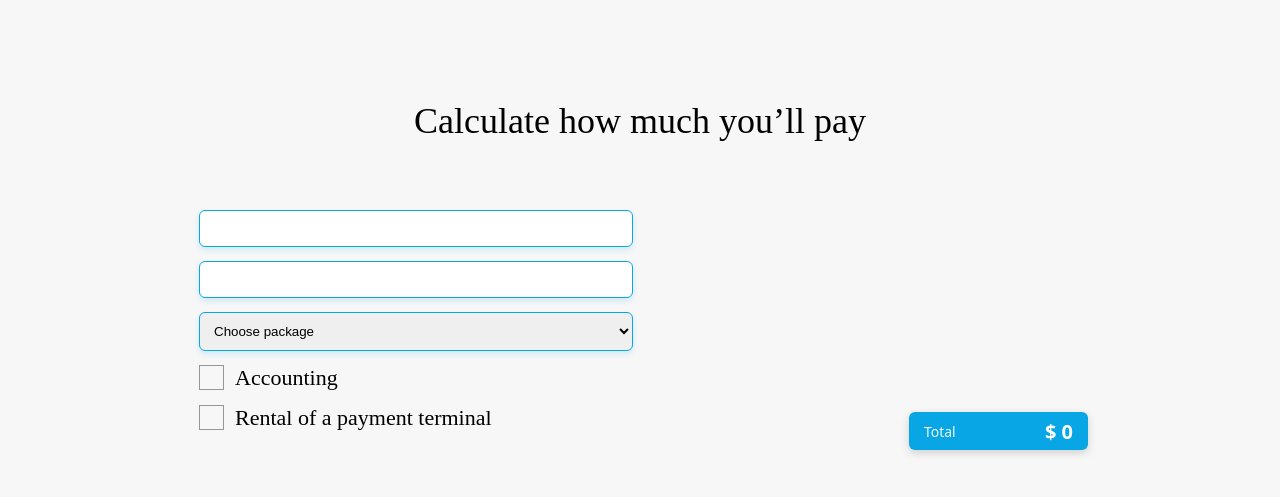
Repository: VolodymyrDubnytskyi/BestShop_project
Page: inedx2.html
An editor plug-in stored every save of this project. The page is shown before and after the next save, followed by the edit.
The browser window is 1280 px wide. The pictures show the whole page.

Above is the page before, as saved 2020-01-20 19:52:43.

### inedx2.html
<!DOCTYPE html>
<html lang="en">

<head>
    <meta charset="UTF-8">
    <meta name="viewport" content="width=device-width, initial-scale=1.0">
    <meta http-equiv="X-UA-Compatible" content="ie=edge">
    <title>Document</title>
    <link rel="stylesheet" href="css/style.css">

</head>

<body>
    <div class="calculate-bg">
        <section class="calculate-main">
            <h2 class="calculate-heading">Calculate how much you’ll pay</h2>
            <form action="" class="calculate-form">

                <div class="calculate-box calculate-box-inputs">
                    <input type="number" name="productsQuantity" id="quantity">
                    <input type="number" name="ordersInmonth" id="inMonth">
                    <div class="custom-select-box">
                        <select name="package" id="package" class="selcet-package" aria-placeholder="Products quantity">
                                <option class="disable-option" disabled selected> Choose package</option>
                                <option value="basic">Basic</option>
                                <option value="professional">Professional</option>
                                <option value="premium">Premium</option>
                        </select>
                    </div>

                    <label class="container-new-chekbox container-new-chekbox-accounting ">
                        <input type="checkbox" id="checkboxAccounting">
                        <span class="checkmark"></span>
                        Accounting
                    </label>
                    <label class="container-new-chekbox container-new-chekbox-rental">
                        <input type="checkbox" name="" id="checkboxRental">
                        <span class="checkmark"></span>
                        Rental of a payment terminal
                    </label>


                </div>
            </form>
            <div class="calculate-box calculate-box-value">
                <div id="valueProducts">
                    <span id="products"></span>
                    <span id="productsCalculate"></span>
                    <span id="productsSum"></span>
                </div>
                <div id="valueOrders">
                    <span class="orders"></span>
                    <span class="ordersCalculate"></span>
                    <span class="ordersSum"></span>
                </div>
                <div id="valuePackage">
                    <span class="selectPackage"></span>
                    <span class="selectPackageCalculate"></span>
                    <span class=' selectPackageSum'></span>
                </div>
                <div id="valueAccounting">
                    <span class="accounting"></span>
                    <span class="accountingSum"></span>
                </div>
                <div id="valueTerminal">
                    <span class="terminal"></span>
                    <span class="terminalSum"></span>
                </div>

                <button id="submit" class="btn-submit"> <span class="spant-total-btn">Total</span><span>$ <span  class="for-new-el">0</span> </span></button>
            </div>

        </section>

    </div>
    <script src="js/main.js"></script>
</body>

</html>

### css/style.css
* {
  box-sizing: border-box;
  text-decoration: none;
  margin: 0;
  padding: 0;
}

/* * HEADER SECTION */
header {
  background: url(../img/Background.png) no-repeat center bottom/contain;
  height: 912px;
  width: 100%;
  position: relative;
}
.navbar-container {
  display: flex;
  justify-content: space-between;
  align-items: center;
  height: 100%;
}
.container {
  max-width: 1354px;
  margin: auto;
}
.navbar {
  background: #fff;
  box-shadow: 0px 3px 6px #00000029;
  height: 70px;
  margin-bottom: 138px;
}
.ul-list-nav {
  display: flex;
}
.ul-list-nav li {
  margin: 0 47px;
}
.ul-list-nav li:last-child {
  margin-right: 0;
}
.ul-list-nav li a {
  font: Bold 11px/15px "Open Sans";
  letter-spacing: 3.28px;
  color: #a5a5a5;
  text-transform: uppercase;
  padding: 28px 0 25px 0;
}
.ul-list-nav li a:hover {
  border: none;
  border-bottom: 4px solid #08a6e4;
  color: #000;
}
.logo {
  text-align: left;
  font-size: 32px;
  font-family: "Raleway", sans-serif;
  letter-spacing: 0;
  color: #08a6e4;
  line-height: 38px;
}
/* toggle menu navbar */
.toggle-menu {
  display: none;
  cursor: pointer;
}
.toggle-menu span {
  width: 36px;
  height: 4px;
  background: #07ace6;
  display: block;
  margin-bottom: 8px;
  transition: 0.5s;
  position: relative;
}
.toggle-menu span:nth-child(1) {
  transform-origin: left;
}
.toggle-menu span:nth-child(2) {
  transform-origin: center;
}
.toggle-menu span:nth-child(3) {
  transform-origin: left;
}

.toggle-menu.active-toggle span:nth-child(1) {
  transform: rotate(45deg);
  left: 2px;
}
.toggle-menu.active-toggle span:nth-child(2) {
  transform: rotate(315deg);
  right: 2px;
}
.toggle-menu.active-toggle span:nth-child(3) {
  transform: scaleX(0);
}

.toggle-mobil-active {
  display: block;
  width: 100%;
  height: 176px;
  position: absolute;
  top: -999px;
  background: #ffffff 0% 0% no-repeat padding-box;
  box-shadow: 0px 3px 6px #00000029;
  transition-duration: 0.3s;
}
.toggle-mobil-active .toggle-list {
  display: flex;
  flex-direction: column;
  width: 100%;
  height: 100%;
  padding: 5%;
  letter-spacing: 3.28px;
}

.toggle-list li a {
  font: Bold 11px/15px "Open Sans";
  color: #a5a5a5;
  text-transform: uppercase;
  width: 100%;
  height: 100%;
  display: inline-block;
  padding: 7px 0;
}
.toggle-mobil-active .toggle-list li:hover a {
  color: #000000;
}

/* *Bg-img + h1 content */
.section-for-h1 {
  display: flex;
  justify-content: center;
  align-items: flex-start;
}
h1 {
  text-align: center;
  font: 49px/59px;
  font-size: 49px;
  line-height: 59px;
  font-weight: 550;
  font-family: "Raleway", sans-serif;
  letter-spacing: 0;
  color: #000000;
}
.text-under-h1-line {
  text-align: center;
  font: 400 16px/22px "Open Sans";
  letter-spacing: 0;
  color: #000000;
  margin: 20px 0 38px 0;
}
.open-your-shop-btn {
  background: #08a6e4 0% 0% no-repeat padding-box;
  box-shadow: 5px 10px 14px #07ace629;
  border-radius: 40px;
  font: Bold 16px/22px "Open Sans";
  letter-spacing: 0;
  color: #fff;
  padding: 23px 157px;
}
.open-your-shop-btn:hover {
  background: rgb(7, 134, 184);
  box-shadow: 5px 10px 14px rgba(5, 124, 167, 0.394);
}
/* bg-img */
.sales-platform {
  text-align: center;
  height: 454px;
}
.sales-platform-main-box {
  display: flex;
  justify-content: space-around;
  margin-top: 100px;
}
.sales-platform-boxes {
  position: relative;
  width: 167px;
  height: 176px;
}
.sales-platform-boxes * {
  padding: 10px;
}
.sales-platform-heading {
  flex-basis: 100%;
  text-align: center;
  font: 400 36px/43px "Raleway";
  letter-spacing: 0;
  color: #000000;
}

.circle {
  height: 62px;
  width: 62px;
  border-radius: 50%;
  margin: 10px auto;
}
.circle-red {
  background: #fb3b64 0% 0% no-repeat padding-box;
}
.circle-blue {
  background: #08a6e4 0% 0% no-repeat padding-box;
}
.circle-green {
  background: #55dfb4 0% 0% no-repeat padding-box;
}
/* icons absolute */
.img-absolut {
  position: absolute;
  right: 26px;
  top: 7px;
}
.absotul-img-mid {
  top: 12px;
}

.sales-platform-box-content {
  text-align: center;
  font: 400 17px/20px "Raleway";
  letter-spacing: 0;
  color: #a5a5a5;
}
/* Main */
main {
  background: #f7f7f7 0% 0% no-repeat padding-box;
  /* height: 1395px; */
}
main hr {
  width: 84%;
  height: 0px;
  margin-left: 35px;
}
main h2 {
  text-align: left;
  font: 550 36px/43px "Raleway";
  letter-spacing: 0;
  color: #000000;
}
main p {
  text-align: left;
  font: 400 16px/22px "Open Sans";
  letter-spacing: 0;
  color: #000000;
}
.main-content-boxes {
  height: 370px;
  width: 100%;
  display: flex;
  background-color: #fff;
  margin-bottom: 37px;
  border: 1px solid #e8e9ed;
  border-radius: 5px;
}
.main-content-boxes:last-child {
  margin: 0;
}
.main-content-container {
  max-width: 1354px;
  height: 100%;
  padding: 105px 115px;
}
.main-content-info-box {
  width: 50%;
}
.main-content-img-box {
  width: 50%;
  position: relative;
  display: flex;
  justify-content: center;
}
.rhombus-div {
  width: 180px;
  height: 180px;
  transform: matrix(0.71, 0.71, -0.71, 0.71, 0, 0);
  background: #fb3b64 0% 0% no-repeat padding-box;
  border-radius: 41px;
  margin-left: 229px;
  margin-top: 68px;
}
.main-content-info-box h2 {
  padding: 97px 0 0 35px;
}
.main-content-info-box p {
  padding: 30px 133px 50px 35px;
}
.main-content-img {
  position: absolute;
  bottom: 0;
  padding-bottom: 10%;
}
.hr-for-first-box {
  border: 4px solid #fb3b64;
}

/* Acrticle 2 in main ceontent */
.blue-circle {
  width: 320px;
  height: 320px;
  background: #07ace6 0% 0% no-repeat padding-box;
  border-radius: 50%;
}
.main-content-boxes .main-content-img-box:nth-child(1) {
  align-items: center;
  justify-content: center;
}
.main-content-img-phone {
  padding: 0;
}
h2.main-h2-second-arcticle {
  padding: 75px 198px 0 35px;
}
.hr-for-second-box {
  border: 4px solid #08a6e4;
}
/* LAST BOXES */
.main-content-boxes-split-for-two {
  background-color: #f7f7f7;
  border: none;
}
.maint-contet-last-box-one {
  width: 623px;
  height: 370px;
  margin-right: 70px;
  background-color: #fff;
  border: 1px solid #e8e9ed;
  border-radius: 5px;
}
.maint-contet-last-box-second {
  width: 440px;
  height: 370px;
  background-color: #fff;
  border: 1px solid #e8e9ed;
  border-radius: 5px;
  background: #55dfb4 0% 0%;
  display: flex;
  justify-content: center;
  align-items: center;
  background-image: url(../img/Trumpet.png);
  background-repeat: no-repeat;
  background-size: 290px 180px;
  background-position: center ;

}

.maint-contet-last-box-one > h2 {
  padding: 97px 159px 0 35px;
}
.maint-contet-last-box-one > p {
  padding: 30px 15px 40px 35px;
}
.maint-contet-last-box-one > hr {
  border: 4px solid #55dfb4;
}
/* FOOTER: SECTION WHITH PRICES AND FORM */
.pricing-section {
  text-align: center;
}
.pricing-section h2 {
  text-align: center;
  font: 400 36px/43px "Raleway";
  letter-spacing: 0;
  color: #000000;
  margin-top: 106px;
}
.pricing-box-main {
  display: flex;
  justify-content: space-around;
  align-items: center;
  height: 100%;
  margin-top: 50px;
}
.pricing-box-main .pricing-box:first-child {
  border: 1px solid #fb3b64;
}
.pricing-box-main .pricing-box:nth-child(2) {
  border: 1px solid #07ace6;
}
.pricing-box-main .pricing-box:last-child {
  border: 1px solid #55dfb4;
}
.pricing-box {
  height: 461px;
  width: 372px;
  border-radius: 18px;
  display: flex;
  flex-direction: column;
  justify-content: center;
  align-items: center;
  margin: 0 10px;
}
.pricing-box h3 {
  text-align: left;
  font: Bold 20px/41px "Raleway";
  letter-spacing: 0;
  color: #13253b;
}
.pricing-box h4 {
  text-align: left;
  font: 300 46px/41px "Open Sans";
  letter-spacing: 0;
  color: #fb3b64;
  margin: 15px 0 60px 0;
}
.pricing-box-professional h4 {
  color: #07ace6;
}
.pricing-box-premium h4 {
  color: #55dfb4;
}

.pricing-box-content::before,
.pricing-box-content-dont-ofer::before {
  content: "\f00c";
  font-size: 6px;
  font-weight: bold;
  font-family: "Font Awesome 5 Free";
  border: 1px solid #55dfb4;
  margin-right: 7px;
  padding: 2px;
  border-radius: 2px;
  color: #55dfb4;
}
.pricing-box-content-dont-ofer::before {
  content: "\f00d";
  border: 1px solid #eb476e;
  color: #eb476e;
}
.pricing-box-content {
  font: 400 14px/41px "Open Sans";
  letter-spacing: 0;
  color: #000000;
}
.pricing-box .heading-after-limited-offer::after {
  content: "limited ofer";
  font: Bold 12px/1px "Raleway";
  letter-spacing: 0;
  color: #13253b;
  display: block;
  margin-top: 7px;
}
.pricing-box-professional {
  height: 500px;
  width: 405px;
  box-shadow: 5px 10px 27px #07ace629;
}
.pricing-box-professional:hover {
  box-shadow: 5px 10px 34px rgba(6, 125, 169, 0.401);
}
.pricing-box-main .pricing-box-basic:hover {
  box-shadow: 0px 5px 15px #fb3b64;
}
.pricing-box-main .pricing-box-premium:hover {
  box-shadow: 0px 5px 15px #55dfb4;
}
.begin-links {
  text-align: left;
  font: Bold 13px/41px "Open Sans";
  letter-spacing: 0;
  color: #ffffff;
  background: #eb476e;
  border-radius: 23px;
  width: 150px;
  padding: 2px;
  text-align: center;
  position: relative;
  top: 40px;
}
.begin-links-professional {
  top: 59px;
  background: #07ace6;
  box-shadow: 5px 10px 14px #07ace629;
}
.begin-links-premium {
  background: #55dfb4;
}

.pricing-box-heading {
  display: flex;
  justify-content: center;
  align-items: center;
  flex-direction: column;
}
.pricing-container-for-content {
  display: flex;
  flex-direction: column;
  justify-content: center;
  align-items: center;
}
.begin-links-basic:hover {
  background: linear-gradient(rgb(184, 56, 86), #eb476e);
}
.begin-links-professional:hover {
  background: linear-gradient(rgb(5, 111, 150), #07ace6);
}
.begin-links-premium:hover {
  background: linear-gradient(rgb(61, 165, 132), #55dfb4);
}

/* * FORM AND CONTACT SECTION */
.form-main {
  height: 721px;
  display: flex;
  justify-content: center;
  align-items: center;
}
.form-and-questions-box {
  display: flex;
  width: 896px;
}
.questions-box {
  display: flex;
  flex-wrap: wrap;
  flex-basis: 50%;
  height: 210px;
}
.form-box {
  flex-basis: 50%;
}
.form-box form {
  flex-basis: 50%;
  display: flex;
  flex-direction: column;
}
.questions-box h2 {
  font: 550 49px/59px "Raleway";
  letter-spacing: 0;
  color: #000000;
  margin-bottom: 22px;
  flex-basis: 100%;
}
.questions-box p {
  font: 500 16px/22px "Open Sans";
  letter-spacing: 0;
  color: #000000;
  margin-bottom: 42px;
  flex-basis: 100%;
}
.questions-box span {
  font: 500 16px/22px "Open Sans";
  letter-spacing: 0;
  color: #a5a5a5;
  display: flex;
  justify-content: center;
  align-items: center;
}
.questions-box .mail-icon::before {
  content: url(../img/Mail\ Icon.svg);
  padding-right: 12px;
}
.questions-box .phone-icon::before {
  content: url(../img/Phone\ Icon.svg);
  padding-right: 10px;
  margin-left: 24px;
}
/* Form */
form input:nth-child(2n) {
  padding: 20px;
  border: none;
  border-bottom: 1px solid #95989a;
  margin-bottom: 35px;
}
.i-agree-terms {
  display: flex;
}
.container-new-chekbox {
  display: block;
  position: relative;
  margin-right: 35px;
  margin-bottom: 12px;
  cursor: pointer;
  font-size: 22px;
  user-select: none;
}
.container-new-chekbox input {
  position: absolute;
  opacity: 0;
  cursor: pointer;
  height: 0;
  width: 0;
}
.checkmark {
  position: absolute;
  top: 0;
  left: 0;
  height: 25px;
  width: 25px;
  border: 1px solid #95989a;
}
.checkmark:after {
  content: "";
  position: absolute;
  display: none;
}
.container-new-chekbox input:checked ~ .checkmark:after {
  display: block;
}
.container-new-chekbox .checkmark:after {
  left: 4px;
  top: 4px;
  width: 70%;
  height: 70%;
  background: url(../img/Checkmark.svg) no-repeat center/cover;
}
.i-agree-terms div {
  text-align: left;
  font: 400 12px/17px "Open Sans";
  letter-spacing: 0;
  color: #707070;
}
.lables {
  text-align: left;
  font: Bold 11px/15px "Open Sans";
  letter-spacing: 3.28px;
  color: #08a6e4;
  text-transform: uppercase;
}

.btn-send {
  box-shadow: 5px 10px 14px #07ace629;
  border-radius: 35px;
  background: #08a6e4;
  padding: 20px 97px;
  font: Bold 13px/18px "Open Sans";
  letter-spacing: 0;
  color: #fff;
  border: none;
  margin-top: 25px;
  position: relative;
}
.btn-send:hover {
  background: linear-gradient(90deg, rgba(2, 0, 36, 1) 0%, rgba(9, 9, 121, 1) 4%, rgba(8, 166, 228, 1) 100%);
}
.loading {
  display: inline-block;
  width: 40px;
  height: 40px;
  border: 6px solid #fff;
  border-top-color: #08a6e4;
  border-left-color: #08a6e4;
  border-radius: 50%;
  position: absolute;
  top: 20%;
  left: 41%;
  transform: translate(30%, 50%);
  animation: circle 0.9s linear infinite;
}
@keyframes circle {
  0% {
    transform: rotate(0deg);
  }
  100% {
    transform: rotate(360deg);
  }
}
.button-box {
  display: flex;
  justify-content: flex-end;
}
.social-networks-main {
  width: 100%;
  height: 89px;
  background: #f7f7f7;
  box-shadow: 0px -5px 40px #00000029;
}
.social-networks-box {
  height: 100%;
  display: flex;
  justify-content: space-between;
  align-items: center;
}
.logo-footer {
  font: 300 26px/31px "Raleway";
}
.social-networks-logo > p {
  font: 400 11px/15px "Open Sans";
  letter-spacing: 0;
  color: #a5a5a5;
  margin-top: 6px;
}
.social-networks-links a:first-child {
  margin-right: 20px;
}
.social-networks-links a:hover {
  cursor: pointer;
}

/* ///////////////////////////////////////////// */

.calculate-bg {
  background: #f7f7f7;
  display: flex;
  justify-content: center;
  align-items: center;
  height: 550px;
}
.calculate-main {
  display: flex;
  justify-content: center;
  align-items: center;
  flex-wrap: wrap;
  flex-basis: 70%;
  position: relative;
  height: 350px;
}
.calculate-form {
  display: flex;
  flex-basis: 50%;
  height: 100%;
}
.calculate-heading {
  flex-basis: 100%;
  margin-bottom: 60px;
  text-align: center;
  font: 500 36px/43px "Raleway";
  letter-spacing: 0;
  color: #000000;
}
.calculate-box {
  flex-basis: 50%;
  display: flex;
  flex-direction: column;
  background: #f7f7f7;
}
.calculate-box-value {
  height: 100%;
  padding-left: 50px;
}
.calculate-box-inputs {
  flex-basis: 100%;
  position: relative;
}
.calculate-form .calculate-box-inputs input,
.calculate-form .calculate-box-inputs select {
  margin: 7px;
  padding: 10px;
  border: 1px solid #08a6e4;
  box-shadow: 0px 3px 6px #08a6e429;
  border-radius: 6px;
}
.calculate-form .calculate-box-inputs div {
  margin: 7px;
}
.calculate-form .calculate-box-inputs select {
  margin: 0;
  width: 100%;
  outline: none;
}

.calculate-box-value div {
  display: none;
  justify-content: space-between;
  align-items: center;
  background: #55dfb4;
  box-shadow: 0px 3px 6px #00000029;
  border-radius: 6px;
  margin: 3px;
  padding: 10px;
  height: 32px;
  border: none;
  font: 400 14px/19px "Open Sans";
  letter-spacing: 0;
  color: #ffffff;
}
.btn-submit {
  background: #08a6e4;
  box-shadow: 0px 3px 8px #00000029;
  border-radius: 6px;
  border: none;
  width: 179px;
  height: 38px;
  position: absolute;
  right: 0;
  bottom: 0;
  display: flex;
  justify-content: space-between;
  align-items: center;
  padding: 5px 15px;
}
.btn-submit span {
  font: 400 14px/19px "Open Sans";
  letter-spacing: 0;
  color: #ffffff;
}
.btn-submit span:last-child {
  font: Bold 20px/27px "Open Sans";
}

.calculate-box .container-new-chekbox {
  margin: 7px;
  padding-left: 36px;
}
.selcet-package {
  /* display: none; */
  /* background-image: url(../img/Arrow\ Down.svg);
  background-repeat: no-repeat;
  background-size: 4%;
  background-position-x: 97%;
  background-position-y: 45%;
  -webkit-appearance: none;
  cursor: pointer; */
}
.select-package-container{
  -webkit-appearance: none;
  cursor: pointer;
}

.selcet-package option {
  display: none;
}
.selcet-package-activ-arrow {
  background-image: url(../img/method-draw-image.svg);
}

.disable-option span {
  font: 400 13px/18px "Open Sans";
  letter-spacing: 0;
  color: #a5a5a5;
}

#valueProducts {
  display: none;
}

/*
 */

.select-option-custome {
  position: absolute;
  background: #ffffff;
  box-shadow: 0px 3px 6px #eb476e29;
  border: 1px solid #eb476e;
  border-radius: 6px;
  width: 97%;
  height: 105px;
  z-index: 2;
  display: flex;
  flex-direction: column;
  bottom: 83px;
  text-align: left;
  font: 400 13px/18px "Open Sans";
  letter-spacing: 0;
  color: #000000;
}
.select-option-custome .span-select {
  padding: 8px;
  cursor: pointer;
  /* display: block; */
}
.select-option-custome .span-select:hover {
  background-color: #eb476d1d;
}
/* main rwd */
/* rwd nav */
@media(min-width:1800px){
  header{
    height: 1200px;
  }
}
@media (max-width: 1200px) {
  .ul-list-nav li {
    margin: 0 27px;
  }
  .main-content-container {
    padding: 30px;
  }
}
@media (max-width: 978px) {
  .main-content-img {
    transform: scale(0.7);
  }
  .rhombus-div {
    margin-left: 86px;
    margin-top: 126px;
    width: 127px;
    height: 127px;
  }
  .main-content-info-box h2 {
    padding: 131px 0 0 20px;
  }
  .main-content-info-box p {
    padding: 20px 12px 20px 20px;
  }
  .main-content-info-box hr {
    margin-left: 20px;
  }
  .blue-circle {
    width: 220px;
    height: 220px;
  }

  .main-content-info-box .main-h2-second-arcticle {
    padding: 50px 15px 15px 5px;
  }
  .main-content-info-box .main-h2-second-arcticle {
    padding: 50px 15px 15px 5px;
  }
  .main-content-info-box .second-arcticle-p {
    padding: 20px 15px 20px 5px;
  }
  .main-content-info-box .hr-for-second-box {
    margin-left: 5px;
  }
  .main-content-boxes-split-for-two .maint-contet-last-box-one {
    margin: 0;
  }
  .main-content-boxes-split-for-two .maint-contet-last-box-one h2 {
    padding: 52px 99px 0 15px;
  }
  .main-content-boxes-split-for-two .maint-contet-last-box-one p {
    padding: 30px 15px 20px 15px;
  }
  .main-content-boxes-split-for-two .maint-contet-last-box-one hr {
    margin-left: 15px;
  }
  .form-and-questions-box {
    padding: 0 20px;
  }
}
@media (max-width: 800px) {
  .ul-list-nav {
    display: none;
  }
  .toggle-menu {
    display: block;
    margin-right: 5%;
  }
  .logo {
    margin-left: 4%;
  }
  .social-networks-links{
    margin-right: 4%;
  }
  .section-for-h1 {
    padding-top: 249px;
  }
  .navbar {
    position: absolute;
    width: 100%;
    top: 0;
    z-index: 2;
    margin-bottom: 0;
  }
  .social-networks-logo p {
    margin-left: 5%;
  }
}
@media (max-width: 660px) {
  header {
    height: 800px;
  }
  .open-your-shop-btn {
    padding: 20px 127px;
  }

  /* main */
  .main-content-boxes{
    height: 480px;
    width: 90%;
    flex-direction: column;
    margin: auto;
    margin-bottom: 30px;
  }
  .main-content-info-box{
    height: 50%;
    width: 100%;
    padding: 15px;
    padding-top: 0;
  }
  .main-content-info-box hr,
  .hr-for-third-box {
    display: none;
  }
  .main-content-info-box h2{
    padding: 0 20px;
  }
  .main-content-img-box {
    height: 50%;
    width: 100%;
    padding: 15px;
    bottom: -20px
  }
  .main-content-boxes .main-content-img-box:nth-child(1){
    bottom: auto;
  }
  .main-content-img{
    transform: scale(0.5);
  }
  /* BE ALWAYS FRIST SECTION LAPTOP IMG */
  .main-content-boxes-laptop{
    flex-direction: column-reverse;
  }
  .main-content-boxes-laptop .main-content-info-box {
    display: flex;
    flex-direction: column;
    justify-content: flex-end;
    padding: 15px;
  }
  .main-content-boxes-laptop .main-content-img{
    padding: 0;
    bottom: 0;
  }
  .rhombus-div{
    margin-top: 0;
  }

  /* YOR SHOP IS WHERE YOU ARE SECTION PHONE IMG */
  .blue-circle{
       width: 160px;
       height: 160px;
  }
  .main-content-img-phone{
    bottom: auto;
  }
  .main-content-info-box .main-h2-second-arcticle {
    padding: 10px 20px;
  }
  .main-content-info-box .second-arcticle-p{
    padding: 0 20px ;
  }

  /* INCREASW RECOGNITION YOUR BRAND SECTION */
  .main-content-boxes.main-content-boxes-split-for-two{
    margin: auto;
    height: 600px;
  }
  .maint-contet-last-box-one{
    width: 100%;
    padding: 15px;
    height: 58%;
  }
  .maint-contet-last-box-second{
    width: 100%;
    height: 42%;
  }
  .maint-contet-last-box-second{
    background-size: 300px 220px;
    background-position: center 45px;
  }


  /* form-and-questions-section */
  .form-and-questions-box{
    flex-direction: column;
  }
  .questions-box{
    margin-bottom: 40px;
  }

  .questions-box .mail-icon,
  .questions-box .phone-icon{
    flex-basis: 100%;
    justify-content: flex-start;
  }
  .questions-box .phone-icon::before{
    margin: 0;
  }

  /*  */
  .pricing-box-main {
    flex-direction: column;
  }
  .pricing-box {
    flex-direction: row;
    margin: 16px;
    height: 283px;
    width: 340px;
    position: relative;
  }
  .pricing-box-basic {
  }
  .pricing-box-professional {
    width: 400px;
    height: 311px;
  }
  .pricing-box-premium {
  }
  .begin-links {
    position: absolute;
    bottom: -20px;
    top: auto;
  }
  .pricing-box-heading {
    flex-basis: 50%;
  }
  .pricing-container-for-content {
    flex-basis: 50%;
    align-items: flex-start;
  }
  footer{
    margin-bottom: 50px;
  }
  .btn-send{
    padding: 14px 81px;
  }
}
@media (max-width:480px){
  /* SALES PLATROFRM SECTION */
  .sales-platform{
    height: auto ;
  }
  .sales-platform-main-box{
    flex-direction: column;
    align-items: center;
  }
  .sales-platform-boxes{
    margin: 10px 0;
  }
  .main-content-info-box h2{
    font: 549 26px/34px "Raleway";
  }
 .rhombus-div{
   width: 100px;
   height: 100px;
   margin-top: 25px;
 }
 .main-content-img{
   transform:scale(0.4);
 }
 .blue-circle{
   width:  120px ;
   height: 120px ;
  }
  .maint-contet-last-box-one > h2{

  }
  .main-content-boxes-split-for-two .maint-contet-last-box-one h2{
    font: 549 26px/34px "Raleway";
    padding: 20px 15px;
  }
  .pricing-box{
    width: 300px;
    height: 265px;
}
  .pricing-box-professional{
    width:340px ;
    height:265px ;
    margin: 20px 16px;
  }

}

Loaded but not shown: js/main.js (206 lines, source omitted)

After the next save:
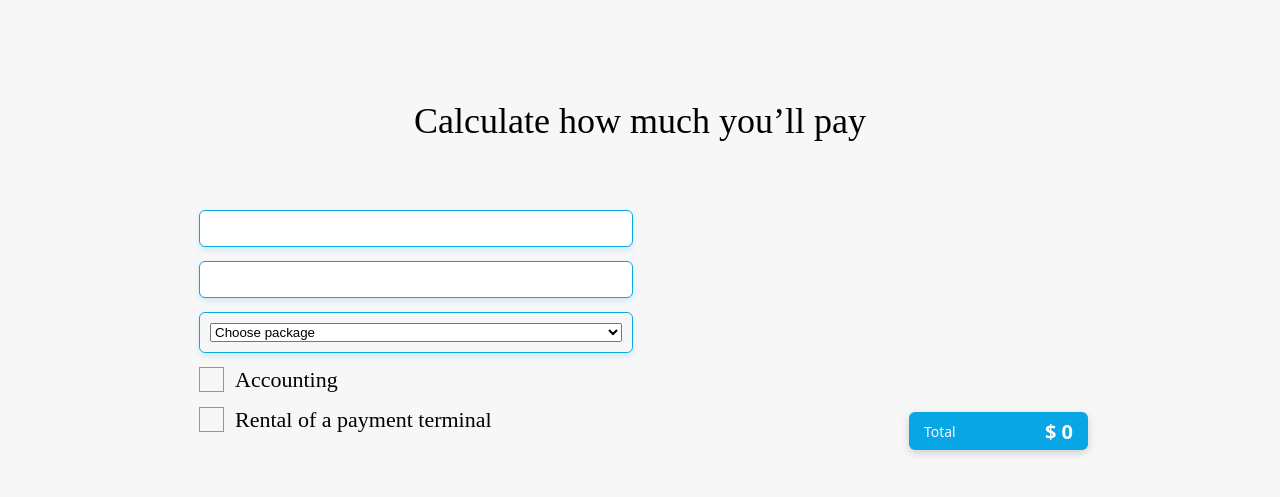
Saved 37 s later.
--- a/css/style.css
+++ b/css/style.css
@@ -728,7 +728,7 @@ form input:nth-child(2n) {
   position: relative;
 }
 .calculate-form .calculate-box-inputs input,
-.calculate-form .calculate-box-inputs select {
+.calculate-form .calculate-box-inputs .custom-select-box {
   margin: 7px;
   padding: 10px;
   border: 1px solid #08a6e4;
